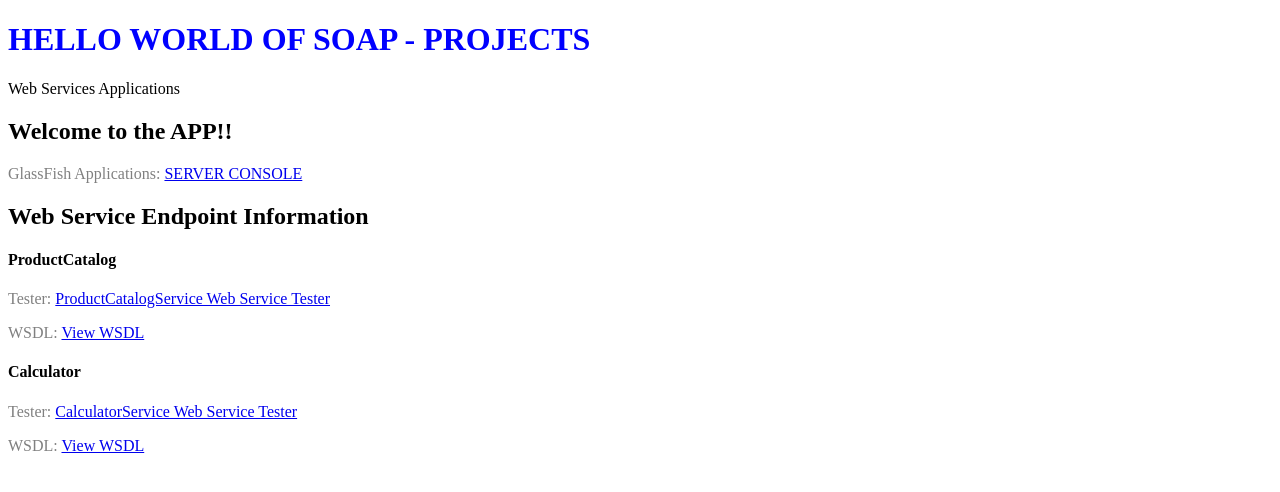
Repository: atafs/BackEnd_JAX-JAX-WS_SOAP
Page: http://localhost/Project_004_SOAP_server_TypesAndBinding/
The author's editor kept a copy of each file at every save. The page is drawn from the files as they stood at one save, then again after the next save.
The browser window is 1280 px wide. The pictures show the whole page.
The page is served by Tomcat 9.

Above is the page before, as saved 2016-01-26 14:52:51.

After the next save:
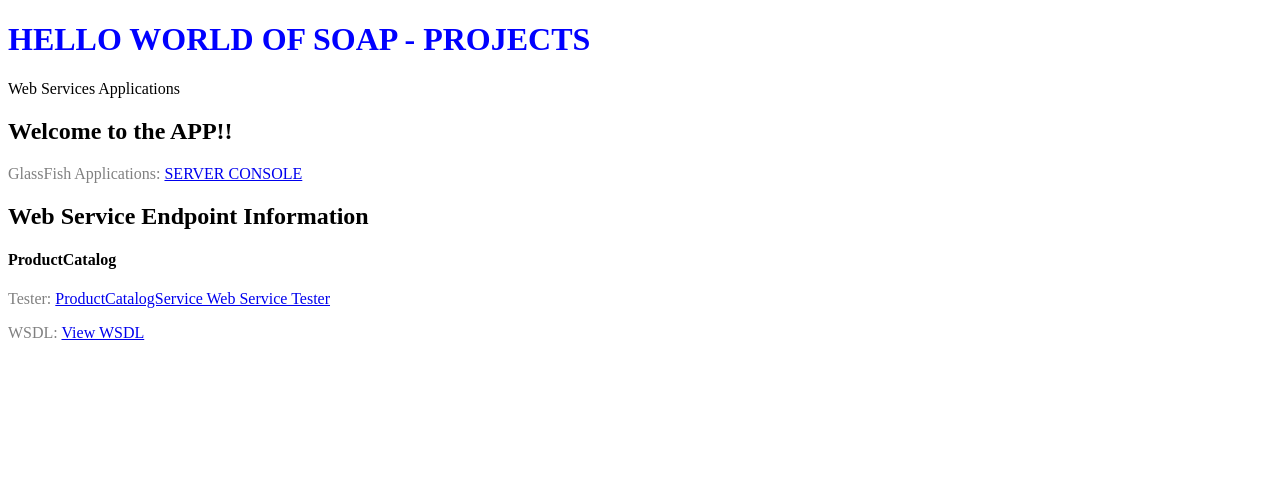
Saved 56 s later.
--- a/Project_004_SOAP_server_TypesAndBinding/WebContent/index.jsp
+++ b/Project_004_SOAP_server_TypesAndBinding/WebContent/index.jsp
@@ -22,9 +22,5 @@
 	<h4>ProductCatalog</h4>
 	<p style="color:gray;">Tester: <a href="http://atafs:9090/Project_003_SOAP_server_ServiceAndContractFirst/ProductCatalogService?Tester">ProductCatalogService Web Service Tester</a></p>
 	<p style="color:gray;">WSDL: <a href="http://atafs:9090/Project_003_SOAP_server_ServiceAndContractFirst/ProductCatalogService?wsdl">View WSDL</a></p>
-
-	<h4>Calculator</h4>
-	<p style="color:gray;">Tester: <a href="http://atafs:9090/Project_003_SOAP_server_ServiceAndContractFirst/CalculatorService?Tester">CalculatorService Web Service Tester</a></p>
-	<p style="color:gray;">WSDL: <a href="http://atafs:9090/Project_003_SOAP_server_ServiceAndContractFirst/CalculatorService?wsdl">View WSDL</a></p>
 </body>
 </html>
